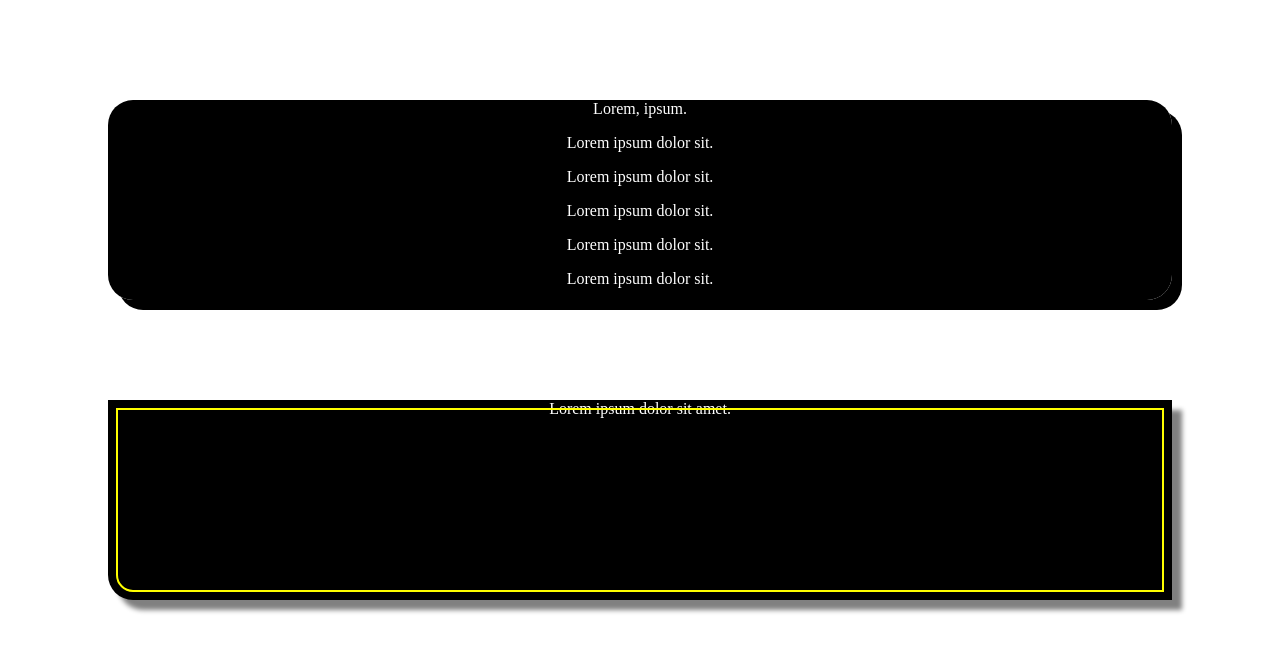
Repository: aSSasdy/assasdy.github.io
Page: index.html
An editor plug-in stored every save of this project. The page is shown before and after the next save, followed by the edit.
The browser window is 1280 px wide. The pictures show the whole page.

Above is the page before, as saved 2021-11-29 17:44:54.

After the next save:
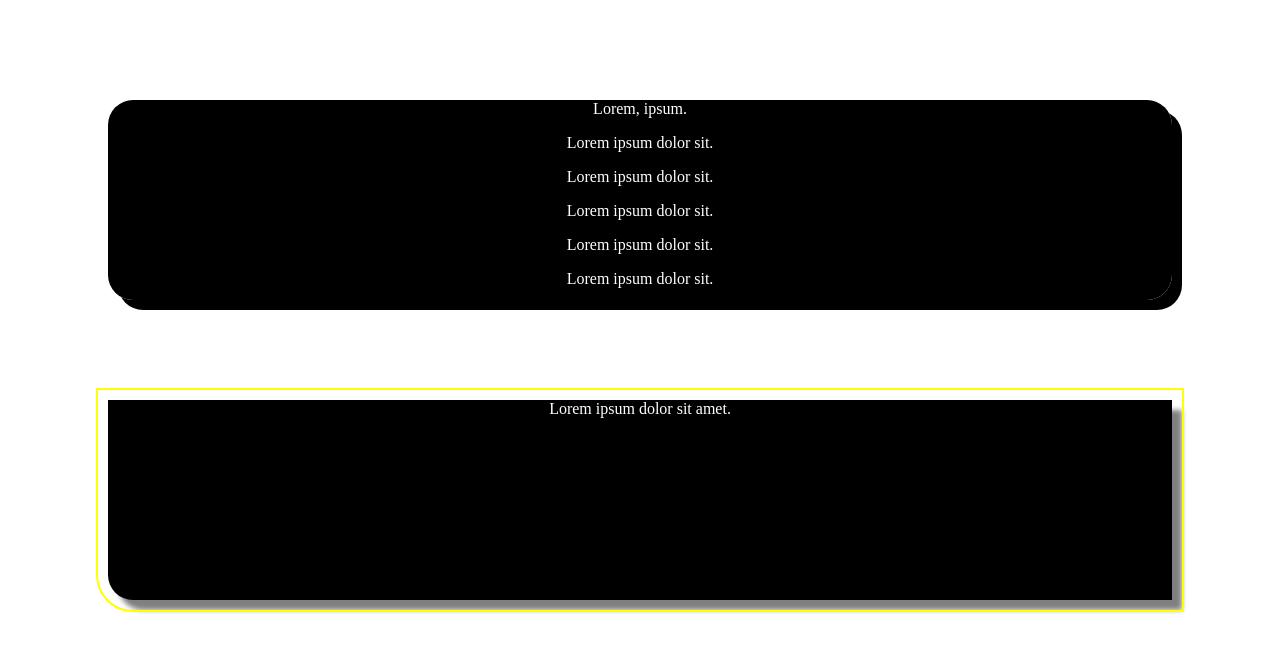
Saved 8 s later.
--- a/css/style.css
+++ b/css/style.css
@@ -75,5 +75,5 @@
     text-align: center;
     box-shadow: 10px 10px 5px grey;
     outline: yellow 2px solid;
-    outline-offset: -10px;
+    outline-offset: 10px;
 }
